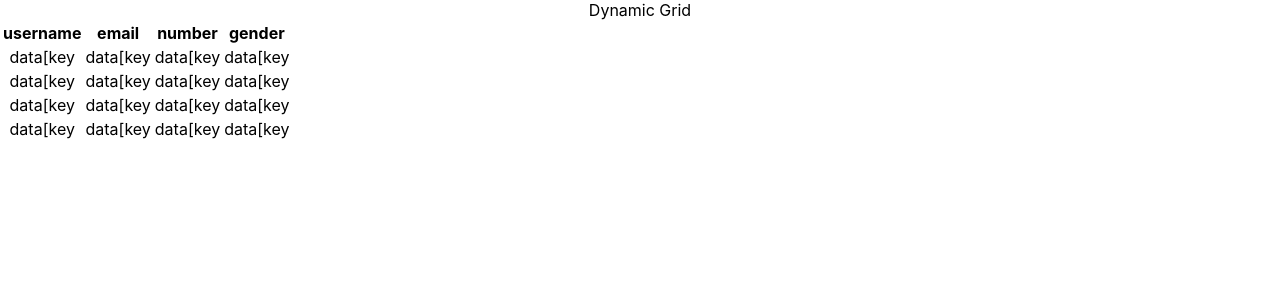
Repository: mayank-tavisca/dynamic-grids
Page: /
The author's editor kept a copy of each file at every save. The page is drawn from the files as they stood at one save, then again after a run of saves.
The browser window is 1280 px wide. The pictures show the whole page.
The project was rebuilt for these pictures with package versions that can differ from the ones it lists, and the page was loaded fresh each time.

Above is the page before, as saved 2020-02-03 18:26:07.

### src/App.tsx
import React from "react";
import logo from "./logo.svg";
import "./App.css";
import DynamicGrid from "./dynamic-grid/dynamicGrid";

const Data = {
  tableData: [
    { username: "U1", email: "test1@test.com", number: 123445566, gender: "M" },
    { username: "U2", email: "test2@test.com", number: 123445566, gender: "F" },
    { username: "U3", email: "test3@test.com", number: 123445566, gender: "M" },
    { username: "U4", email: "test4@test.com", number: 123445566, gender: "F" }
  ]
};

const App = () => {
  return (
    <div className="App">
      <DynamicGrid data={Data} />
    </div>
  );
};

export default App;

### src/dynamic-grid/dynamicGrid.tsx
import React, { FC, useEffect, useState } from "react";

interface IProps {
  data: any;
}

interface ITableConfig {
  rows: number;
  cols: number;
  defaultRowCount: number;
  pagination: boolean;
  headerData: any;
  data: any;
}

const DynamicGrid: React.FC<IProps> = ({ data }) => {
  const [showTable, setShowTable]: any = useState(false);
  const [tableConfig, setTableConfig]: any = useState({
    rows: 0,
    cols: 0,
    defaultRowCount: 5,
    pagination: false,
    headerData: [],
    data: []
  });

  //   let tableConfig: ITableConfig = ;

  useEffect(() => {
    parseData();
  }, []);

  const parseData = () => {
    tableConfig.rows = data.tableData.length;
    tableConfig.cols = Object.keys(data.tableData).length;
    (Object.keys(data.tableData[0]) || []).forEach((key: any) => {
      tableConfig.headerData.push(key);
    });
    tableConfig.data = data.tableData;
    setTableConfig(tableConfig);
    setShowTable(true);
  };

  const renderHeader = () => {
    return tableConfig.headerData.map((item: any) => {
      return <th>{item}</th>;
    });
  };

  const renderRow = (data: any) => {
    return Object.keys(data).map(key => {
      return <td>data[key</td>;
    });
  };

  const renderData = () => {
    return tableConfig.data.map((item: any) => {
      return <tr>{renderRow(item)}</tr>;
    });
  };

  return (
    <div>
      Dynamic Grid
      <table>
        <thead>{renderHeader()}</thead>
        {renderData()}
      </table>
    </div>
  );
};

export default DynamicGrid;

Loaded but not shown: public/index.html (common file); src/index.tsx (common file); src/index.css (common file); src/serviceWorker.ts (common file); src/App.css (common file)

After the next 2 saves:
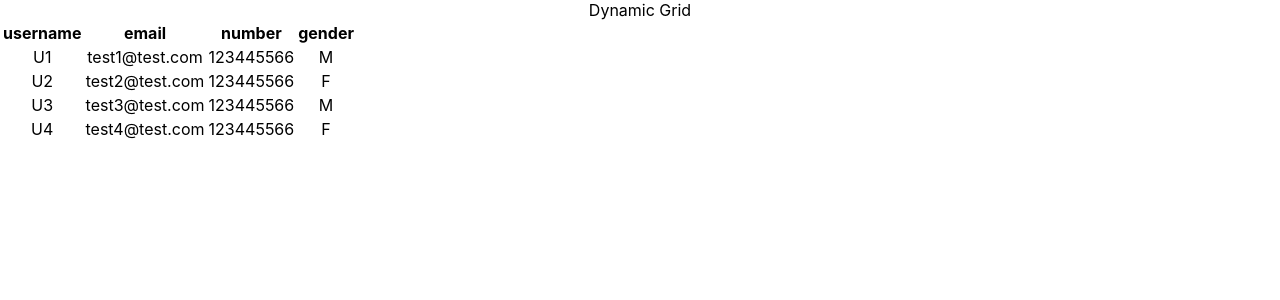
The 2 saves are shown as one change because they came seconds apart.
The last was saved 11 s later.
--- a/src/dynamic-grid/dynamicGrid.tsx
+++ b/src/dynamic-grid/dynamicGrid.tsx
@@ -49,7 +49,7 @@ const DynamicGrid: React.FC<IProps> = ({ data }) => {
 
   const renderRow = (data: any) => {
     return Object.keys(data).map(key => {
-      return <td>data[key</td>;
+      return <td>{data[key]}</td>;
     });
   };
 
